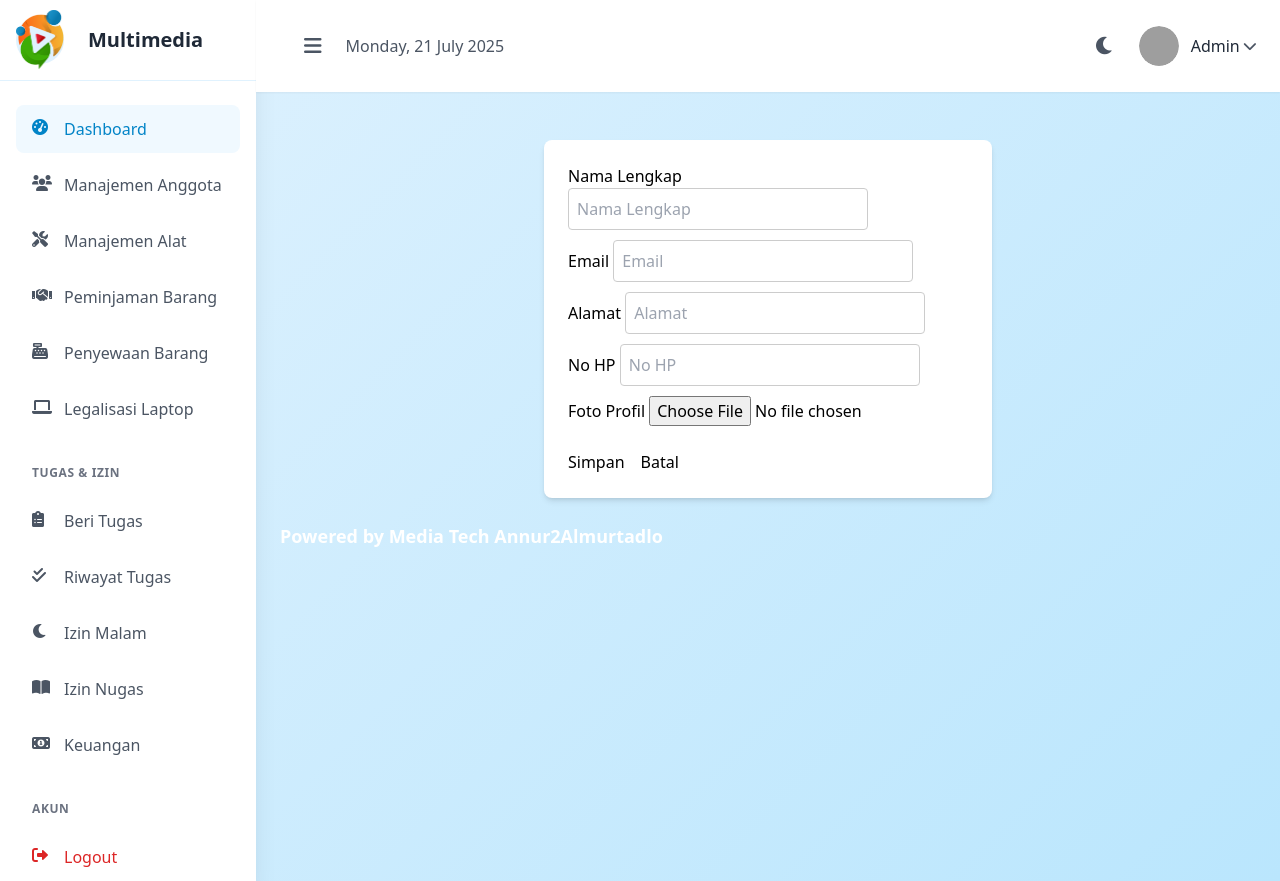
Repository: fatkquladhim/multimedia_app
Page: http://localhost/admin/profile/profile_create.php?action=create
These files come from the project's save history. The page is drawn as it stood at one moment and after the next save; the edit follows.
The browser window is 1280 px wide. The pictures show the whole page.
Pictures or frames that could not be fetched are drawn as grey boxes. Some web libraries are served in a nearby version. The page is run by PHP 8.4 with error messages shown; the project is at /var/www/html/. The session is filled in as if someone had signed in: {"user_id": 2, "username": "asep", "role": "admin"}. The database holds what the project's SQL file puts in it.

Above is the page before, as saved 2025-07-21 21:50:47.
Console error: TypeError: Cannot read properties of null (reading 'value')

After the next save:
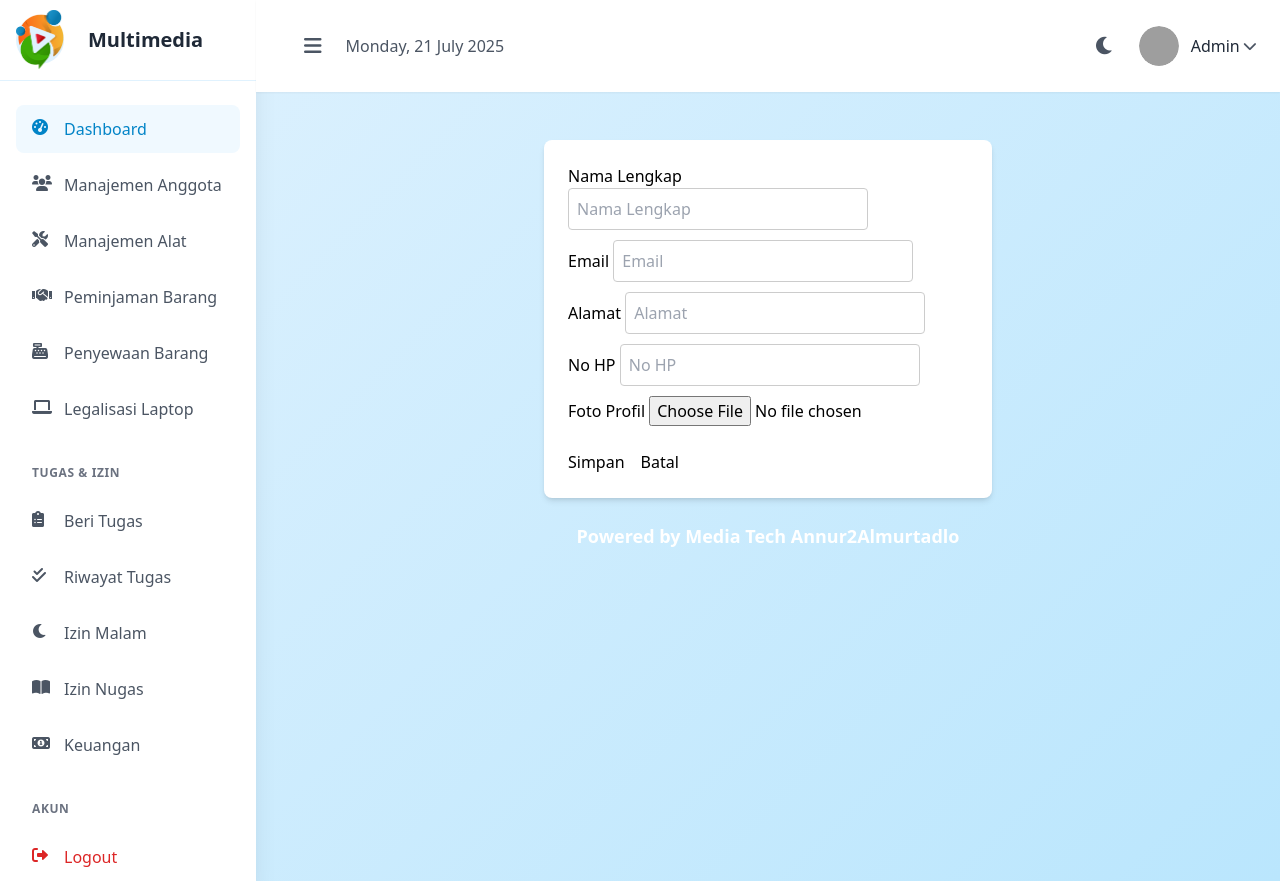
Saved 31 s later.
--- a/admin/footer.php
+++ b/admin/footer.php
@@ -1,6 +1,6 @@
 
                 </main>
-                <footer>
+                <footer  class="flex justify-center">
                     <p class="text-white font-bold text-lg">
                         Powered by <span class="gradient-text">Media Tech Annur2Almurtadlo</span>
                     </p>
